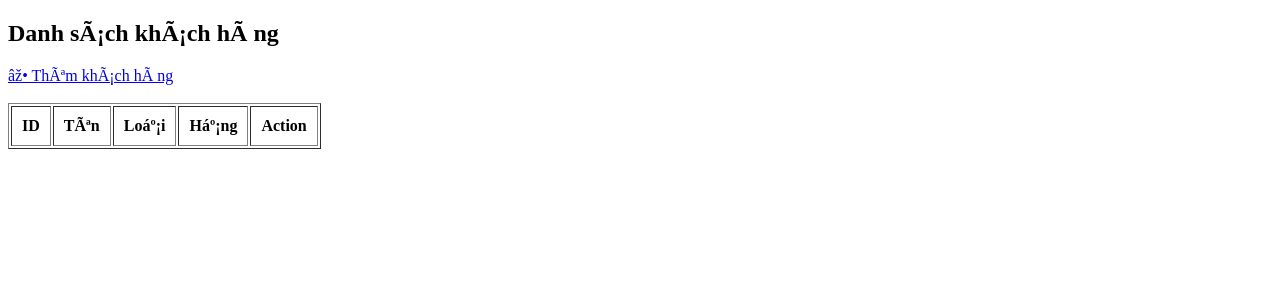
Repository: NguyenPro77/Epic-2-Qu-n-l-Kh-ch-h-ng-Customers---B2B-B2C-
Page: http://localhost/CRM_LEADS_MVC/leads
The author's editor kept a copy of each file at every save. The page is drawn from the files as they stood at one save, then again after the next save.
The browser window is 1280 px wide. The pictures show the whole page.
The page is served by Tomcat 10. Queries for data that is not in the repository find no rows.

Above is the page before, as saved 2026-04-08 18:20:57.

After the next save:
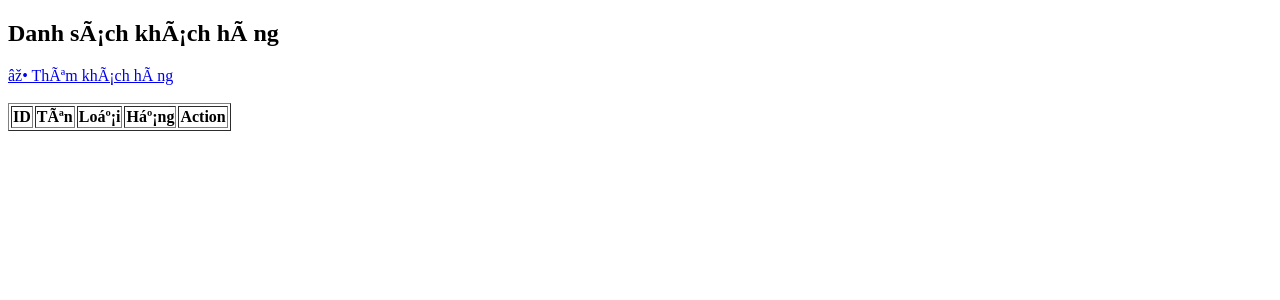
Saved 22 s later.
--- a/CRM_LEADS_MVC/src/main/webapp/lead-list.jsp
+++ b/CRM_LEADS_MVC/src/main/webapp/lead-list.jsp
@@ -14,7 +14,7 @@
 
 <br><br>
 
-<table border="1" cellpadding="10">
+<table border="1">
 <tr>
     <th>ID</th>
     <th>Tên</th>
